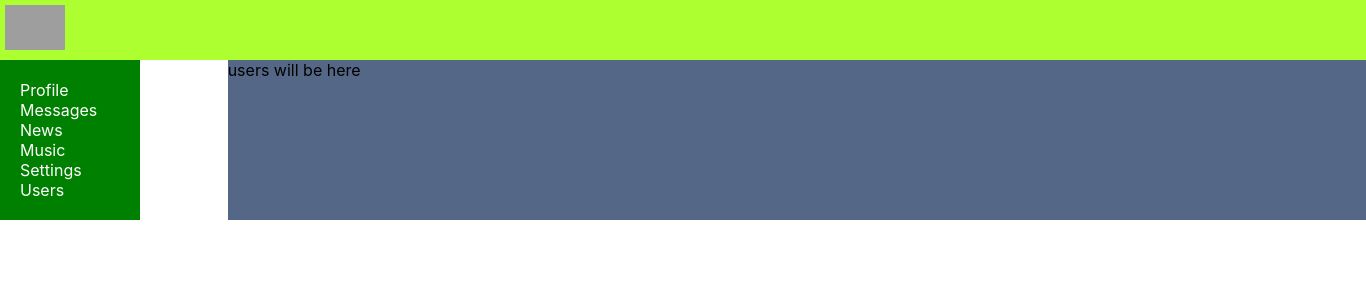
Repository: AndreyMykulych/FirstProject
Page: /users
These files come from the project's save history. The page is drawn as it stood at one moment and after the next save; the edit follows.
The browser window is 1280 px wide. The page is 1366 px wide, so the pictures cover 1366 px, including what lies to the right of the window. The pictures show the whole page.
Pictures or frames that could not be fetched are drawn as grey boxes. The project was rebuilt for these pictures with package versions that can differ from the ones it lists, and the page was loaded fresh each time. Also part of the build but not shown: src/components/Profile/MyPosts/MyPosts.module.css, src/components/Profile/MyPosts/Post/Post.module.css, src/components/Profile/MyPosts/Post/Post.jsx, src/components/Profile/MyPosts/MyPosts.jsx, src/components/Profile/MyPosts/MyPostsContainer.jsx, src/components/Profile/ProfileInfo/ProfileInfo.module.css, src/components/Profile/ProfileInfo/ProfileInfo.jsx, src/components/Profile/Profile.jsx and 4 more.

Above is the page before, as saved 2022-06-27 14:48:58.

After the next save:
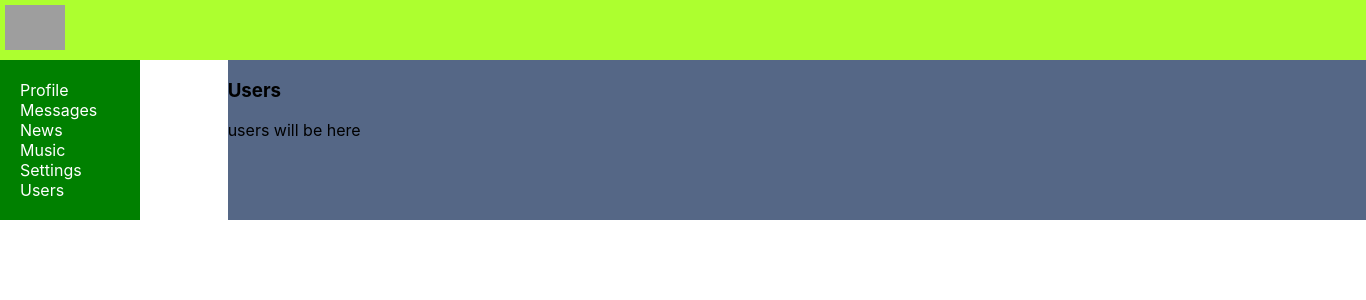
Saved 3 min 53 s later.
--- a/src/components/Users/Users.js
+++ b/src/components/Users/Users.js
@@ -1,8 +1,9 @@
 import React from "react";
 
 const Users = (props) => {
-    return <div>
+    return <div><h3>Users</h3>
+    <div>
         users will be here
-    </div>
+    </div></div>
 }
 export default Users;
